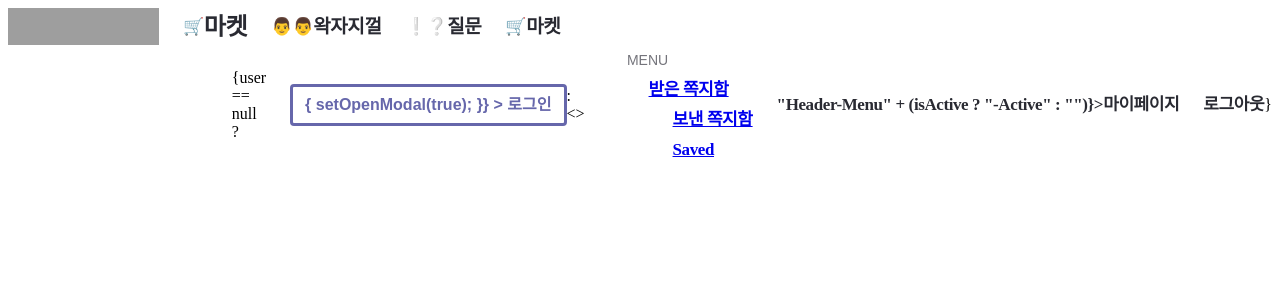
Repository: Khan9389/newDJ_JSP
Page: http://localhost/newDangJang/WEB-INF/jsp/home/main.jsp
The author's editor kept a copy of each file at every save. The page is drawn from the files as they stood at one save, then again after the next save.
The browser window is 1280 px wide. The pictures show the whole page.
Pictures or frames that could not be fetched are drawn as grey boxes. The page is served by Tomcat 9. Nobody is signed in. The template is opened directly, without the code that normally fills it, so the values that code supplies are empty.

Above is the page before, as saved 2022-06-27 05:51:02.
Console error (its wording comes from the project's code and is left out).

After the next save:
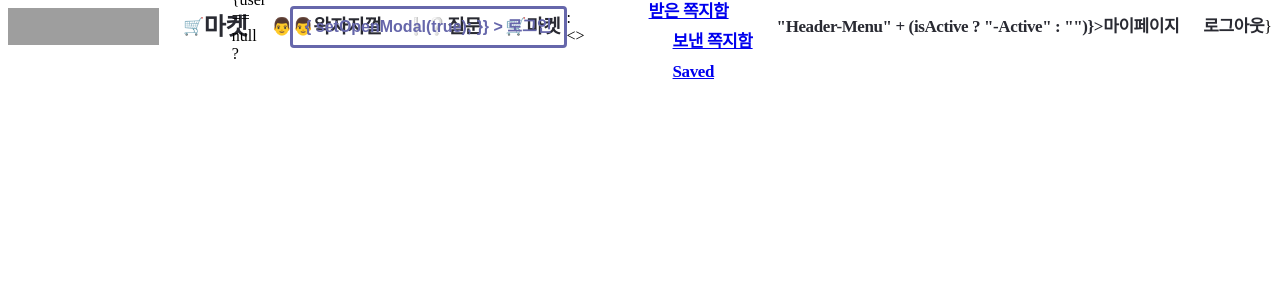
Saved 48 s later.
--- a/newDangJang/WebContent/WEB-INF/jsp/home/main.jsp
+++ b/newDangJang/WebContent/WEB-INF/jsp/home/main.jsp
@@ -134,15 +134,15 @@
 <body>
 	<header>
 	 <div class="Category">
-	 <div class="left-content">
+
           <ul class="MainUl">
        		<li><Link to="/"><img src={LogoPath} alt=""></img></Link></li>
             <li>🛒<a href="javascript:void(0)" class="Header-Menu-Active">마켓</a></li>
             <li>👨‍👨<a href="javascript:void(0)" class="Header-Menu">왁자지껄</a></li>
             <li>❕❔<a href="javascript:void(0)" class="Header-Menu">질문</a></li>
             <li>🛒<a href="javascript:void(0)" class="Header-Menu">마켓</a></li>
-          </ul>
-	 </div>
+
+
 
 
 
@@ -217,7 +217,7 @@
 
               </ul>
             </div>
-
+          </ul>
 
         </div>
 	</header>

After the save that followed:
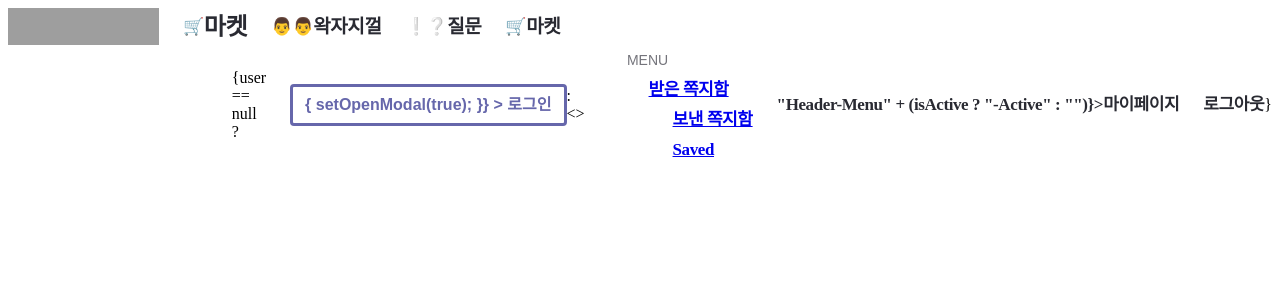
Saved 28 s later.
--- a/newDangJang/WebContent/WEB-INF/jsp/home/main.jsp
+++ b/newDangJang/WebContent/WEB-INF/jsp/home/main.jsp
@@ -141,7 +141,7 @@
             <li>👨‍👨<a href="javascript:void(0)" class="Header-Menu">왁자지껄</a></li>
             <li>❕❔<a href="javascript:void(0)" class="Header-Menu">질문</a></li>
             <li>🛒<a href="javascript:void(0)" class="Header-Menu">마켓</a></li>
-
+          </ul>
 
 
 
@@ -217,7 +217,7 @@
 
               </ul>
             </div>
-          </ul>
+
 
         </div>
 	</header>
